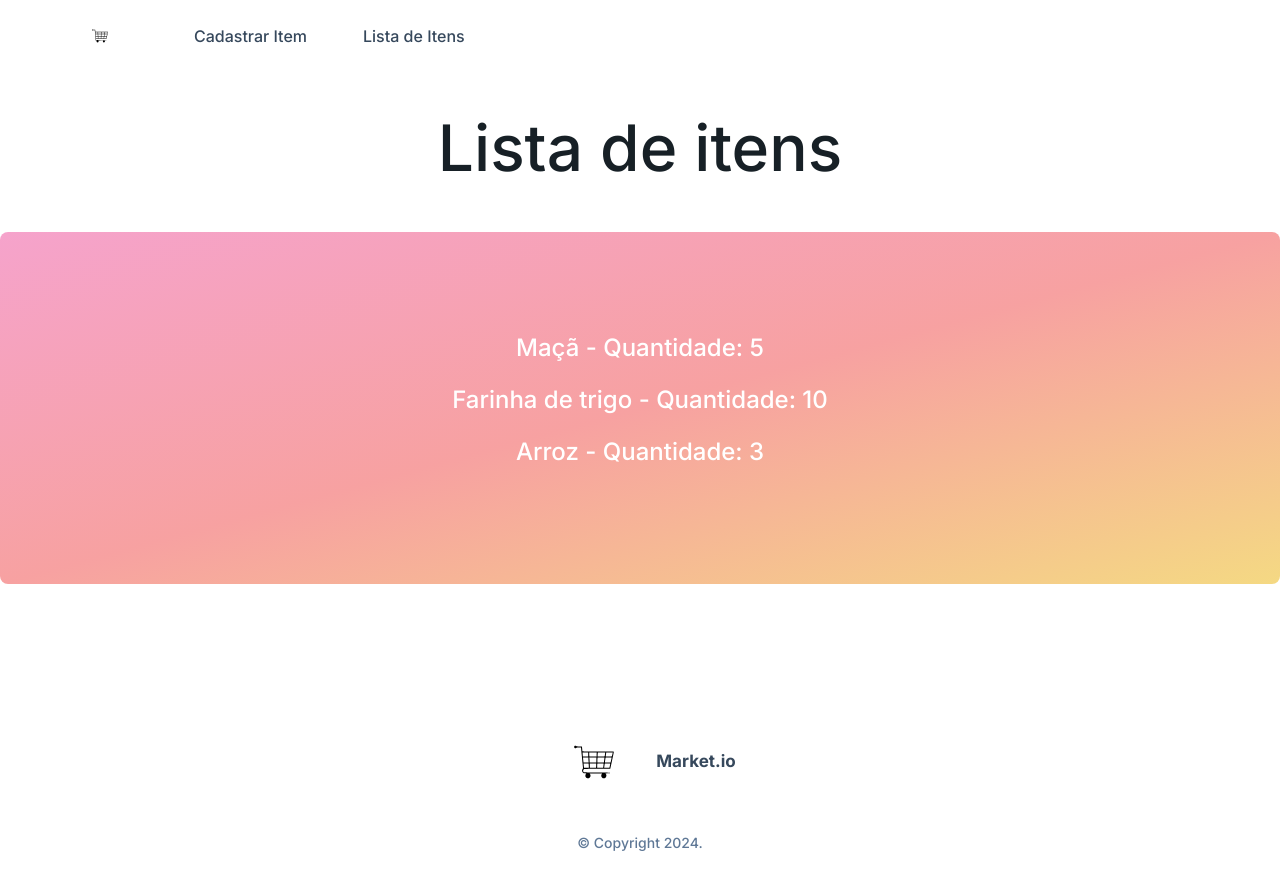
Repository: saraalves09/Avaliacao-01
Page: /list
An editor plug-in stored every save of this project. The page is shown before and after the next save, followed by the edit.
The browser window is 1280 px wide. The pictures show the whole page.
The project was rebuilt for these pictures with package versions that can differ from the ones it lists, and the page was loaded fresh each time. The framework's server and built-in components were replaced by stand-ins that run in the browser. Also part of the build but not shown: next.config.mjs.

Above is the page before, as saved 2024-04-23 22:16:16.

### app/layout.tsx
import type { Metadata } from "next";
import { Inter } from "next/font/google";
import "./globals.css";

const inter = Inter({ subsets: ["latin"] });

export const metadata: Metadata = {
  title: "market.io",
  description: "Generated by create next app",
};

export default function RootLayout({
  children,
}: Readonly<{
  children: React.ReactNode;
}>) {
  return (
    <html lang="en">
      <body className={inter.className}>{children}</body>
    </html>
  );
}

### app/list/page.tsx
import { Footer } from "../components/Footer";
import { Navbar } from "../components/Navbar";
import { List } from "../components/List"

export default function Home() {
  return (
    <>
      <Navbar />
      <List/>
      <Footer />
    </>
  );
}

### app/components/Footer.tsx
import Image from "next/image";
import Logo from "../../public/assets/Logo.svg";

export function Footer() {
  return (
    <div className="pt-[80px] pb-[40px]">
      <div className="flex items-center justify-center gap-x-[12px]">
      <Image src={Logo} alt="Logo" style={{ width: '100px', height: 'auto' }} />
        <p className="font-bold text-[#36485C] text-[17px]">Market.io</p>
      </div>

      <p className="pt-[56px] text-center text-[14px] font-medium text-[#5F7896] sm:pt-5">
        © Copyright 2024.
      </p>
    </div>
  );
}

### app/components/Navbar.tsx
import Image from "next/image";
import Logo from "../../public/assets/Logo.svg";
import Menu from "../../public/assets/Menu.svg";
import Link from 'next/link';

const navLinks = [
  { name: "Cadastrar Item", path: '/' },
  { name: "Lista de Itens", path: '/list/'},
];

export function Navbar() {
  return (
    <nav className="flex w-full items-center justify-between px-[20px] py-[16px] lg:container lg:mx-auto lg:px-20">
      <div className="flex items-center">
      <Image src={Logo} alt="Logo" className="w-10 h-auto" />
        <div className="hidden lg:flex pl-[74px] gap-x-[56px]">
        {navLinks.map((link, index) => (
          <Link href={link.path} key={index}>
            <p className="text-[#36485C] font-medium">{link.name}</p>
          </Link>
        ))}
        </div>
      </div>
      <div className="flex gap-x-5">
        <Image src={Menu} alt="Menu Button" className="lg:hidden" />
      </div>
    </nav>
  );
}

### app/components/List.tsx
export function List() {
  return (
    <div className="pt-4 lg:pt-10">
    <div className="px-[20px] lg:px-[50px]">
    <h1 className="text-center text-[32px] leading-[40px] font-medium text-[#172026] lg:text-[64px] lg:leading-[72px]">
          Lista de itens
        </h1>
    </div>
    <div className="w-full rounded-lg bg-gradient-to-br from-pink-500/50 via-red-500/50 to-yellow-500/50 py-8 px-4 text-center lg:my-12 lg:px-10 lg:py-20">

      <div className="flex justify-center text-center text-[20px] text-white text-lg lg:text-2xl font-medium mb-2 lg:mb-4">
      <ul style={{ marginTop: '20px', paddingInlineStart: '0' }}>
        <li style={{ marginBottom: '20px' }}>Maçã - Quantidade: 5</li>
        <li style={{ marginBottom: '20px' }}>Farinha de trigo - Quantidade: 10</li>
        <li style={{ marginBottom: '20px' }}>Arroz - Quantidade: 3</li>
      </ul>
      </div>
      <div className="relative flex h-full w-full justify-center">
        <div className="px-[20px] lg:container lg:px-20 mx-auto"></div>
      </div>
    </div>
    </div>
  );
}

Loaded but not shown: app/globals.css (common file); tailwind.config.ts (common file)

After the next save:
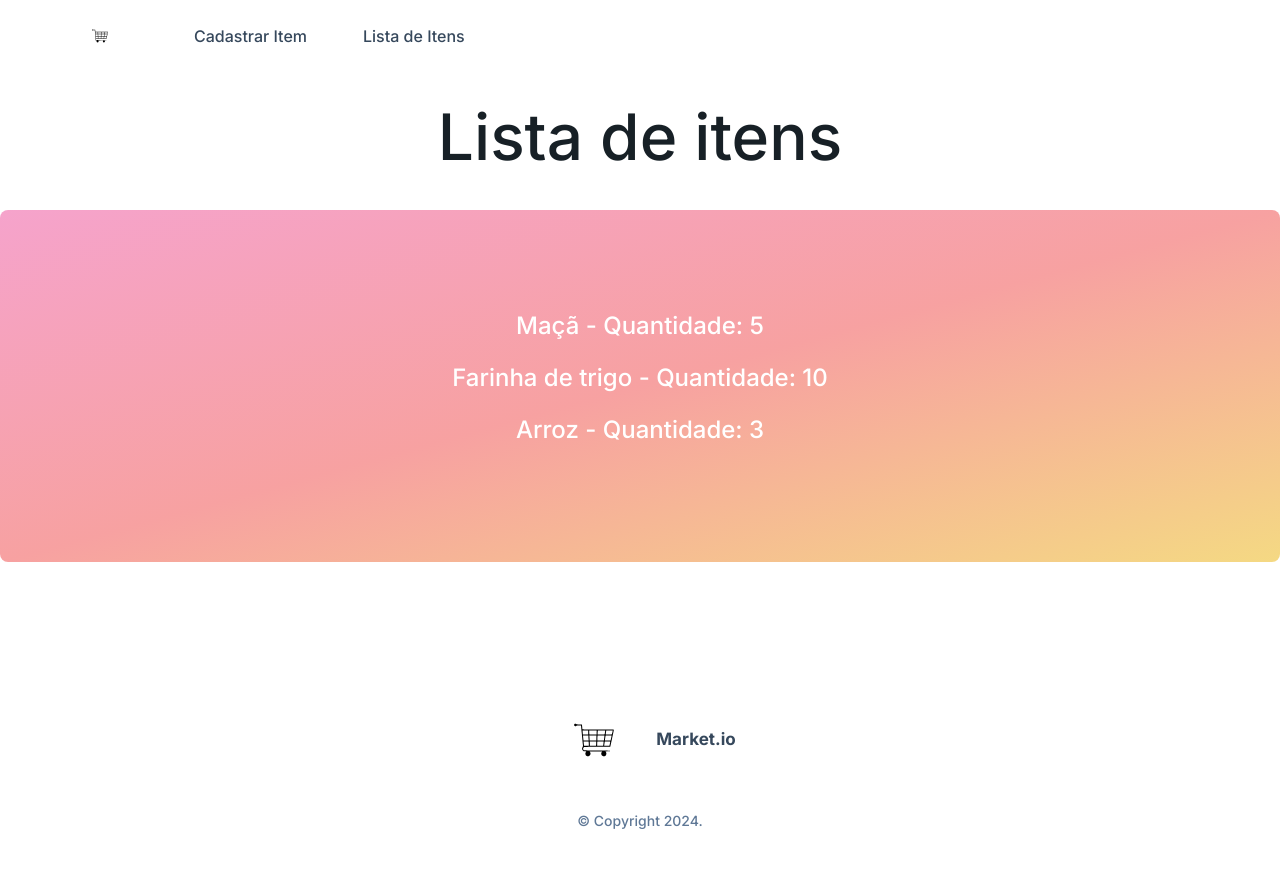
Saved 23 s later.
--- a/app/components/List.tsx
+++ b/app/components/List.tsx
@@ -2,9 +2,9 @@
   return (
     <div className="pt-4 lg:pt-10">
     <div className="px-[20px] lg:px-[50px]">
-    <h1 className="text-center text-[32px] leading-[40px] font-medium text-[#172026] lg:text-[64px] lg:leading-[72px]">
+    <h1 className="text-center text-[32px] leading-[40px] font-medium text-[#172026] lg:text-[64px] lg:leading-[50px]">
           Lista de itens
-        </h1>
+      </h1>
     </div>
     <div className="w-full rounded-lg bg-gradient-to-br from-pink-500/50 via-red-500/50 to-yellow-500/50 py-8 px-4 text-center lg:my-12 lg:px-10 lg:py-20">
 

After the save that followed:
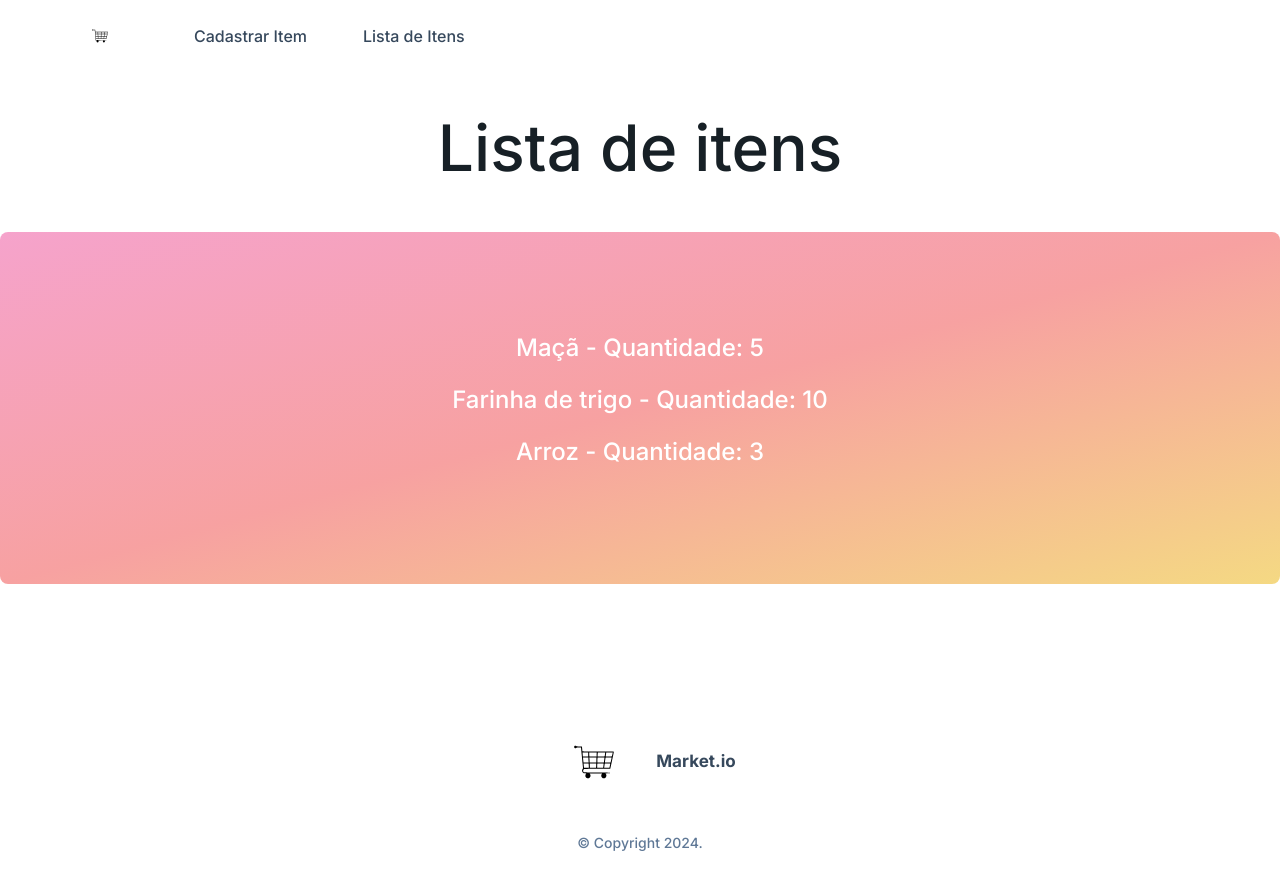
Saved 5 s later.
--- a/app/components/List.tsx
+++ b/app/components/List.tsx
@@ -2,7 +2,7 @@
   return (
     <div className="pt-4 lg:pt-10">
     <div className="px-[20px] lg:px-[50px]">
-    <h1 className="text-center text-[32px] leading-[40px] font-medium text-[#172026] lg:text-[64px] lg:leading-[50px]">
+    <h1 className="text-center text-[32px] leading-[40px] font-medium text-[#172026] lg:text-[64px] lg:leading-[72px]">
           Lista de itens
       </h1>
     </div>
